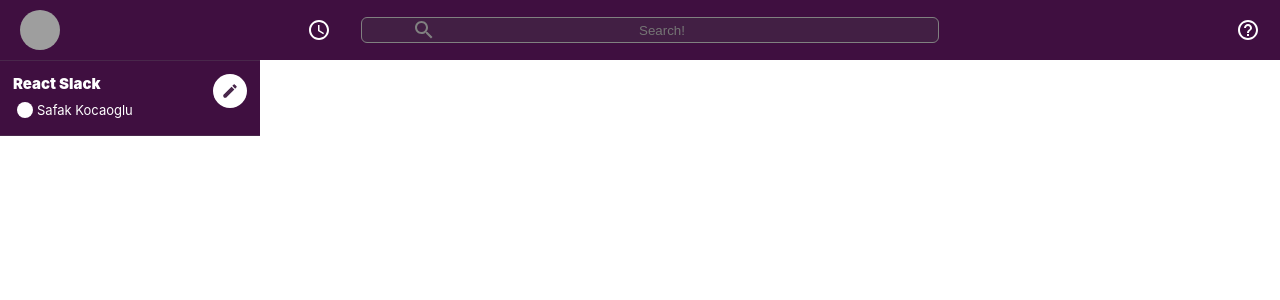
Repository: mminhaz93/React-Slack-Clone
Page: /
These files come from the project's save history. The page is drawn as it stood at one moment and after the next save; the edit follows.
The browser window is 1280 px wide. The pictures show the whole page.
Pictures or frames that could not be fetched are drawn as grey boxes. The project was rebuilt for these pictures with package versions that can differ from the ones it lists, and the page was loaded fresh each time.

Above is the page before, as saved 2020-08-13 21:06:32.

### src/index.css
* {
  margin: 0;
}

body {
  margin: 0;
  font-family: -apple-system, BlinkMacSystemFont, 'Segoe UI', 'Roboto', 'Oxygen',
    'Ubuntu', 'Cantarell', 'Fira Sans', 'Droid Sans', 'Helvetica Neue',
    sans-serif;
  -webkit-font-smoothing: antialiased;
  -moz-osx-font-smoothing: grayscale;
}

code {
  font-family: source-code-pro, Menlo, Monaco, Consolas, 'Courier New',
    monospace;
}

### src/App.js
import React from 'react';
import './App.css';
import Header from "./components/Header"
import Sidebar from "./components/Sidebar"

function App() {
  return (
    <div className="App">
      <Header />
      <div className="appBody">
        <Sidebar />
      </div>
    </div>
  );
}

export default App;

### src/components/Header.js
import React from "react";
import "./Header.css";
import { Avatar } from "@material-ui/core";
import { AccessTime, Search, HelpOutline } from "@material-ui/icons";

const Header = () => {
  return (
    <div className="header">
      <div className="headerLeft">
        <Avatar className="headerAvatar" alt="Safak" src="safak" />
        <AccessTime />
      </div>
      <div className="headerSearch">
        <Search />
        <input placeholder="Search!" />
      </div>
      <div className="headerRight">
        <HelpOutline />
      </div>
    </div>
  );
};

export default Header;

### src/components/Sidebar.js
import React from "react";
import "./Sidebar.css";
import { FiberManualRecord, Create } from "@material-ui/icons";

const Sidebar = () => {
  return (
    <div className="sidebar">
      <div className="sidebarHeader">
        <div className="sidebarInfo">
          <h2>React Slack</h2>
          <h3>
            <FiberManualRecord/>
            Safak Kocaoglu
          </h3>
        </div>
        <Create/>
      </div>
    </div>
  );
};

export default Sidebar;

### src/components/Header.css
.header {
  display: flex;
  align-items: center;
  justify-content: space-between;
  padding: 10px 0;
  background-color: var(--slack-color);
  color: white;
}

.headerLeft {
  flex: 0.3;
  display: flex;
  align-items: center;
  margin-left: 20px;
}

.headerLeft > .MuiSvgIcon-root {
  margin-left: auto;
  margin-right: 30px;
}

.headerSearch {
  flex: 0.4;
  background-color: #421f44;
  text-align: center;
  display: flex;
  padding: 0 50px;
  color: gray;
  border: 1px solid gray;
  border-radius: 6px;
}

.headerSearch > input {
  background-color: transparent;
  border: none;
  text-align: center;
  min-width: 35vw;
}

.headerRight {
  flex: 0.3;
  display: flex;
  align-items: flex-end;
}

.headerRight > .MuiSvgIcon-root {
    margin-left: auto;
    margin-right: 20px;
  }

### src/components/Sidebar.css
.sidebar {
  background-color: var(--slack-color);
  border-top: 1px solid #49274b;
  max-width: 260px;
  color: white;
}

.sidebarHeader {
  display: flex;
  border-bottom: 1px solid #49274b;
  padding-bottom: 10px;
  padding: 13px;
}

.sidebarInfo {
  flex: 1;
}

.sidebarInfo > h2 {
  font-size: 15px;
  font-weight: 900;
  margin-bottom: 5px;
}

.sidebarInfo > h3 {
  display: flex;
  align-items: center;
  font-size: 13px;
  font-weight: 400;
}

.sidebarHeader > .MuiSvgIcon-root {
  padding: 8px;
  color: #49274b;
  font-size: 18px;
  background-color: white;
  border-radius: 999px;
}

Loaded but not shown: public/index.html (common file); src/index.js (common file); src/serviceWorker.js (common file); src/App.css (common file)

After the next save:
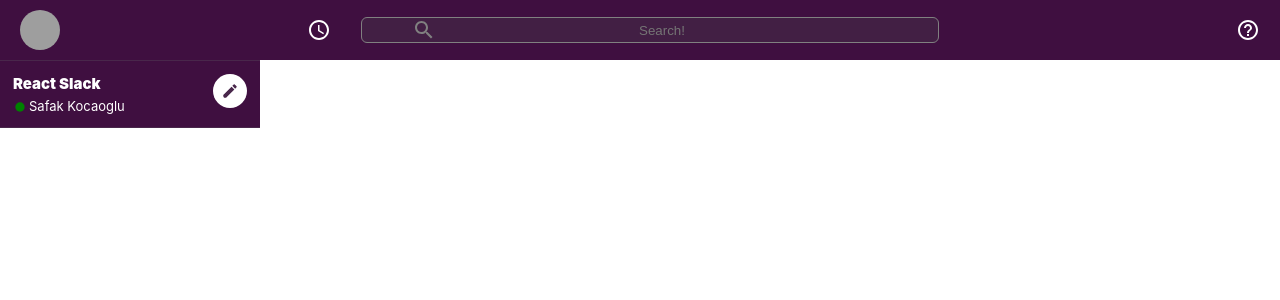
Saved 48 s later.
--- a/src/components/Sidebar.css
+++ b/src/components/Sidebar.css
@@ -29,6 +29,13 @@
   font-weight: 400;
 }
 
+.sidebarInfo > h3 > .MuiSvgIcon-root {
+  font-size: 14px;
+  margin-top: 1px;
+  margin-right: 2px;
+  color: green;
+}
+
 .sidebarHeader > .MuiSvgIcon-root {
   padding: 8px;
   color: #49274b;
